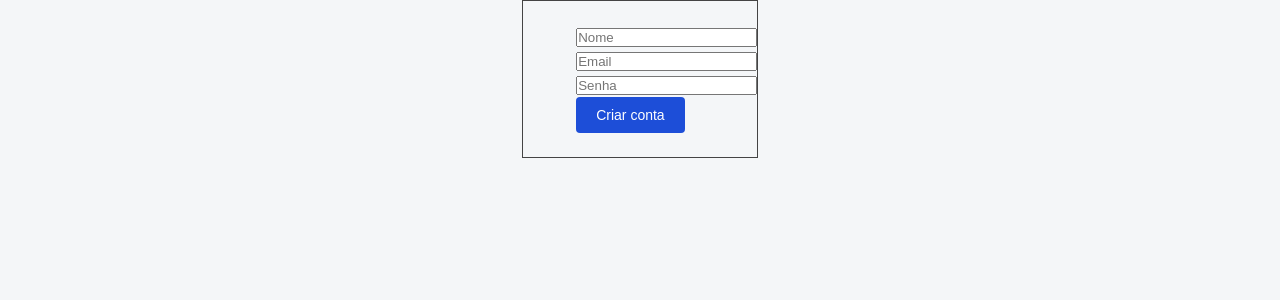
Repository: juvencio009/infratech-web
Page: register.html
An editor plug-in stored every save of this project. The page is shown before and after the next save, followed by the edit.
The browser window is 1280 px wide. The pictures show the whole page.

Above is the page before, as saved 2025-12-18 14:57:46.

### register.html
<!DOCTYPE html>
<html lang="en">
<head>
    <meta charset="UTF-8">
    <meta name="viewport" content="width=device-width, initial-scale=1.0">
    <title>Register & Login</title>
    <link rel="stylesheet" href="css/style.css">
</head>
<body style="display: flex;
align-items: center;
justify-content: center;">
    <form id="registerForm" style="border: 1px solid #444;">
        <pre>
            <input type="text" id="name" placeholder="Nome" required />
            <input type="email" id="email" placeholder="Email" required />
            <input type="password" id="password" placeholder="Senha" required />
            <button>Criar conta</button>
        </pre>
    </form>
    <script src="src/main.js"></script>
</body>
</html>

### css/style.css
/* ===============================
   RESET & BASE
================================ */

* {
  box-sizing: border-box;
  margin: 0;
  padding: 0;
  font-family: Arial, Helvetica, sans-serif;
}

body {
  background: #f4f6f8;
  color: #1f2937;
  line-height: 1.5;
}

/* ===============================
   HEADER
================================ */

header {
  background: #ffffff;
  border-bottom: 1px solid #e5e7eb;
  padding: 16px 40px;
  display: flex;
  align-items: center;
  justify-content: space-between;
}

.logo {
  font-size: 22px;
  font-weight: bold;
  color: #1d4ed8;
  cursor: pointer;
}

.header-actions button {
  background: transparent;
  border: 1px solid #1d4ed8;
  color: #1d4ed8;
  padding: 6px 14px;
  border-radius: 4px;
  cursor: pointer;
  font-size: 14px;
}

.header-actions button:disabled {
  opacity: 0.6;
  cursor: default;
}

/* ===============================
   HERO / INTRO (INDEX)
================================ */

.hero {
  padding: 50px 40px 30px;
}

.hero h1 {
  font-size: 28px;
  margin-bottom: 10px;
}

.hero p {
  color: #4b5563;
  max-width: 600px;
}

/* ===============================
   GRID DE DISCIPLINAS
================================ */

.grid {
  padding: 40px;
  display: grid;
  grid-template-columns: repeat(auto-fit, minmax(230px, 1fr));
  gap: 24px;
}

.card {
  background: #ffffff;
  border-radius: 8px;
  padding: 30px 20px;
  text-align: center;
  border: 1px solid #e5e7eb;
  cursor: pointer;
  transition: 0.2s ease;
}

.card:hover {
  transform: translateY(-4px);
  box-shadow: 0 6px 20px rgba(0, 0, 0, 0.08);
}

.card i {
  font-size: 38px;
  color: #1d4ed8;
  margin-bottom: 14px;
}

.card h3 {
  font-size: 18px;
  margin-bottom: 8px;
}

.card span {
  font-size: 13px;
  color: #6b7280;
}

/* ===============================
   MAIN (QUIZ)
================================ */

main {
  max-width: 720px;
  margin: 40px auto;
  background: #ffffff;
  border-radius: 8px;
  border: 1px solid #e5e7eb;
  padding: 30px;
}

.subtitle {
  color: #6b7280;
  margin-bottom: 20px;
  font-size: 14px;
}

/* ===============================
   INTRO DO QUIZ
================================ */

#intro ul {
  margin: 20px 0;
  padding-left: 18px;
  color: #374151;
}

#intro li {
  margin-bottom: 8px;
  font-size: 14px;
}

#intro i {
  color: #dc2626;
  margin-right: 6px;
}

/* ===============================
   BOTÕES
================================ */

button {
  background: #1d4ed8;
  color: #ffffff;
  border: none;
  padding: 10px 20px;
  border-radius: 4px;
  cursor: pointer;
  font-size: 14px;
}

button:hover {
  background: #1e40af;
}

/* ===============================
   QUESTÕES
================================ */

.question-number {
  font-size: 13px;
  color: #6b7280;
  margin-bottom: 6px;
}

.question-text {
  font-size: 17px;
  margin-bottom: 20px;
}

/* ===============================
   OPÇÕES DE RESPOSTA
================================ */

.option {
  border: 1px solid #e5e7eb;
  border-radius: 4px;
  padding: 10px 12px;
  margin-bottom: 10px;
  cursor: pointer;
  transition: 0.15s;
  display: flex;
  gap: 10px;
  align-items: center;
}

.option:hover {
  background: #f9fafb;
}

.option input {
  cursor: pointer;
}

/* ===============================
   AÇÕES
================================ */

.actions {
  margin-top: 20px;
  display: flex;
  justify-content: flex-end;
}

/* ===============================
   RESULTADO
================================ */

#resultado {
  text-align: center;
}

.score {
  font-size: 28px;
  margin: 20px 0;
  color: #1d4ed8;
}

.status {
  font-size: 16px;
  font-weight: bold;
}

/* ===============================
   FOOTER
================================ */

footer {
  text-align: center;
  padding: 20px;
  font-size: 13px;
  color: #374151;
  padding: 10px 12px;
  width: 100%;
  border-top: 2px solid #374151;
  background: #f9fafb;
}

/* ===============================
   UTILIDADES
================================ */

.hidden {
  display: none;
}

/* ===============================
   RESPONSIVO
================================ */

@media (max-width: 600px) {
  header {
    padding: 14px 20px;
  }

  .hero,
  .grid {
    padding: 20px;
  }

  main {
    margin: 20px;
    padding: 20px;
  }
}

### src/main.js
const form = document.getElementById("registerForm");

form.addEventListener("submit", async (e) => {
  e.preventDefault();

  const name = document.getElementById("name").value;
  const email = document.getElementById("email").value;
  const password = document.getElementById("password").value;

  // 1️⃣ Criar usuário no AUTH
  const { data, error } = await supabaseClient.auth.signUp({
    email,
    password
  });

  if (error) {
    alert(error.message);
    return;
  }

  // 2️⃣ Inserir dados na sua tabela studio001
  const { error: insertError } = await supabaseClient
    .from("studio001")
    .insert({
      id: data.user.id,
      name: name,
      email: email
    });

  if (insertError) {
    alert(insertError.message);
    return;
  }

  alert("Conta criada com sucesso!");
});

After the next save:
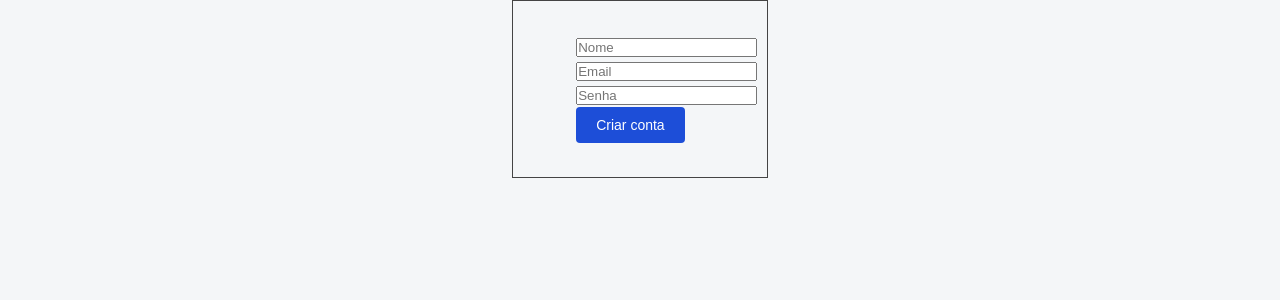
Saved 8 s later.
--- a/register.html
+++ b/register.html
@@ -9,7 +9,7 @@
 <body style="display: flex;
 align-items: center;
 justify-content: center;">
-    <form id="registerForm" style="border: 1px solid #444;">
+    <form id="registerForm" style="border: 1px solid #444;padding: 10px;">
         <pre>
             <input type="text" id="name" placeholder="Nome" required />
             <input type="email" id="email" placeholder="Email" required />
